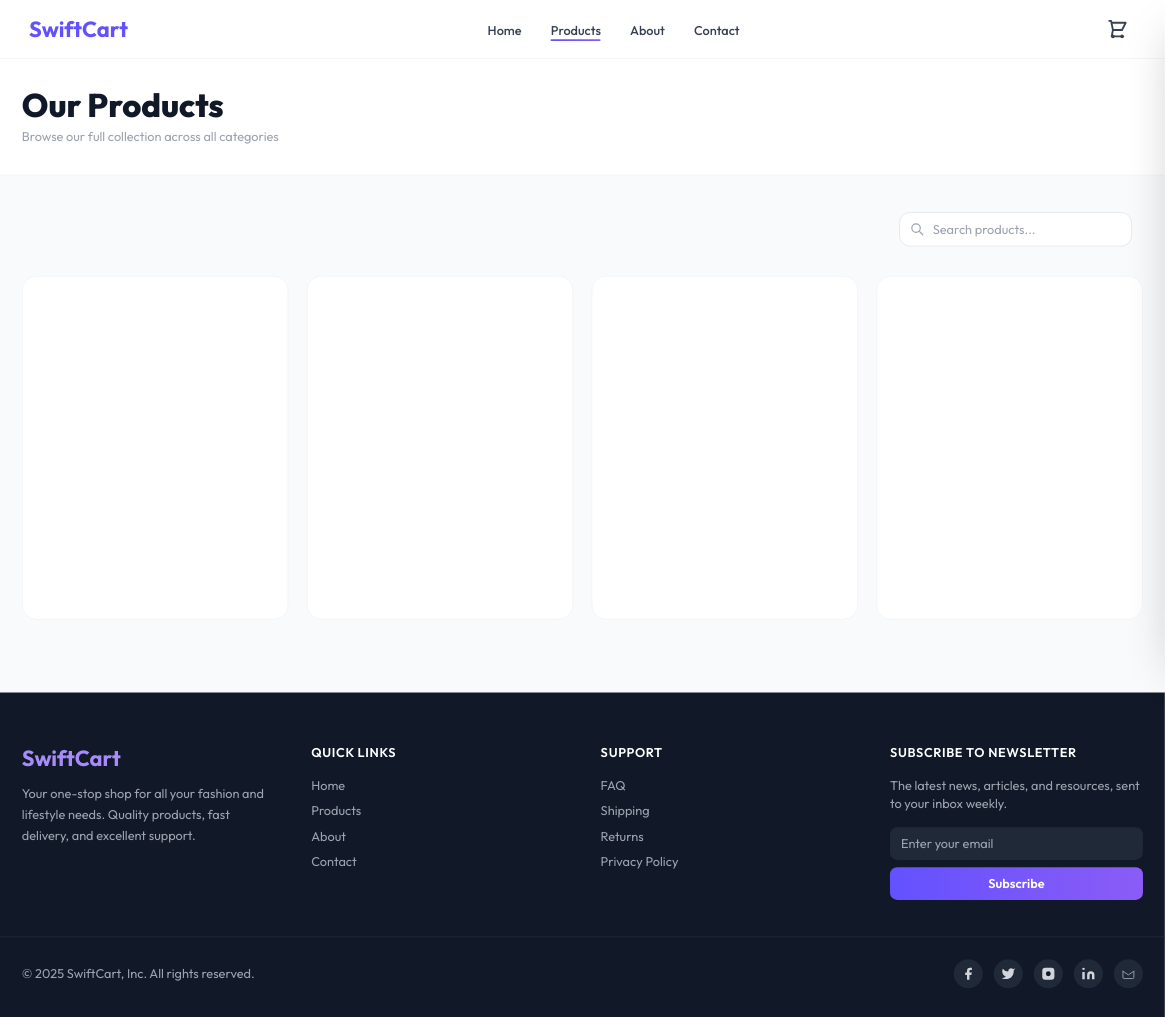
Repository: syedbayzid82849/SwiftCart-E-Commerce-
Page: products.html
The author's editor kept a copy of each file at every save. The page is drawn from the files as they stood at one save, then again after the next save.
The browser window is 1280 px wide. The pictures show the whole page, at 91% of full size.
The page's requests for data from a server got no answer. Some web libraries are served in a nearby version.

Above is the page before, as saved 2026-02-17 14:56:05.

### products.html
<!DOCTYPE html>
<html lang="en">

<head>
    <meta charset="UTF-8" />
    <meta name="viewport" content="width=device-width, initial-scale=1.0" />
    <title>SwiftCart – Our Products</title>
    <script src="https://cdn.tailwindcss.com"></script>
    <link href="https://fonts.googleapis.com/css2?family=Outfit:wght@400;500;600;700;800&display=swap"
        rel="stylesheet" />
    <link rel="stylesheet" href="style.css" />
</head>

<body class="bg-gray-50 text-gray-800">

    <!-- NAVBAR -->
    <nav id="navbar"
        class="fixed top-0 left-0 right-0 z-50 bg-white border-b border-gray-100 transition-all duration-300">
        <div class="max-w-7xl mx-auto px-4 sm:px-6 lg:px-8 flex items-center justify-between h-16">
            <a href="index.html" class="text-2xl font-bold" style="color:#6351ff">SwiftCart</a>
            <ul class="hidden md:flex items-center gap-8">
                <li><a href="index.html" class="nav-link text-sm font-medium text-gray-700">Home</a></li>
                <li><a href="products.html" class="nav-link active text-sm font-medium text-gray-700">Products</a></li>
                <li><a href="index.html#about" class="nav-link text-sm font-medium text-gray-700">About</a></li>
                <li><a href="index.html#contact" class="nav-link text-sm font-medium text-gray-700">Contact</a></li>
            </ul>
            <div class="flex items-center gap-3">
                <button onclick="openCart()" class="relative p-2 rounded-full hover:bg-gray-100 transition">
                    <svg xmlns="http://www.w3.org/2000/svg" class="h-6 w-6 text-gray-700" fill="none"
                        viewBox="0 0 24 24" stroke="currentColor">
                        <path stroke-linecap="round" stroke-linejoin="round" stroke-width="2"
                            d="M3 3h2l.4 2M7 13h10l4-8H5.4M7 13l-1.4 7h12.8M7 13L5.4 5M17 21a1 1 0 100-2 1 1 0 000 2zm-10 0a1 1 0 100-2 1 1 0 000 2z" />
                    </svg>
                    <span id="cart-badge"
                        class="absolute -top-1 -right-1 w-5 h-5 rounded-full text-white text-xs font-bold items-center justify-center"
                        style="background:#6351ff">0</span>
                </button>
                <button id="menu-toggle" class="md:hidden p-2 rounded hover:bg-gray-100">
                    <svg xmlns="http://www.w3.org/2000/svg" class="h-6 w-6" fill="none" viewBox="0 0 24 24"
                        stroke="currentColor">
                        <path stroke-linecap="round" stroke-linejoin="round" stroke-width="2"
                            d="M4 6h16M4 12h16M4 18h16" />
                    </svg>
                </button>
            </div>
        </div>
        <div id="mobile-menu" class="hidden md:hidden bg-white border-t border-gray-100 px-4 py-3 space-y-2">
            <a href="index.html" class="block text-sm font-medium text-gray-700 py-1">Home</a>
            <a href="products.html" class="block text-sm font-medium text-gray-700 py-1">Products</a>
            <a href="index.html#about" class="block text-sm font-medium text-gray-700 py-1">About</a>
            <a href="index.html#contact" class="block text-sm font-medium text-gray-700 py-1">Contact</a>
        </div>
    </nav>

    <!-- PAGE HEADER -->
    <div class="pt-24 pb-8 bg-white border-b border-gray-100">
        <div class="max-w-7xl mx-auto px-6">
            <h1 class="text-3xl md:text-4xl font-extrabold text-gray-900">Our Products</h1>
            <p class="text-gray-400 mt-1 text-sm">Browse our full collection across all categories</p>
        </div>
    </div>

    <!-- MAIN CONTENT -->
    <main class="max-w-7xl mx-auto px-6 py-10">

        <!-- CATEGORY FILTERS + SEARCH ROW -->
        <div class="flex flex-col md:flex-row items-start md:items-center justify-between gap-4 mb-8">
            <!-- Category buttons -->
            <div id="category-buttons" class="flex flex-wrap gap-2">
                <button class="skeleton h-9 w-16 rounded-full"></button>
                <button class="skeleton h-9 w-24 rounded-full"></button>
                <button class="skeleton h-9 w-20 rounded-full"></button>
                <button class="skeleton h-9 w-28 rounded-full"></button>
            </div>
            <!-- Search + count -->
            <div class="flex items-center gap-3 w-full md:w-auto">
                <div class="relative flex-1 md:w-64">
                    <svg class="absolute left-3 top-1/2 -translate-y-1/2 w-4 h-4 text-gray-400" fill="none"
                        viewBox="0 0 24 24" stroke="currentColor">
                        <path stroke-linecap="round" stroke-linejoin="round" stroke-width="2"
                            d="M21 21l-6-6m2-5a7 7 0 11-14 0 7 7 0 0114 0z" />
                    </svg>
                    <input id="search-input" type="text" placeholder="Search products..." oninput="handleSearch()"
                        class="w-full pl-9 pr-4 py-2 text-sm border border-gray-200 rounded-xl focus:outline-none focus:ring-2 focus:ring-purple-300 bg-white" />
                </div>
                <span id="product-count" class="text-xs text-gray-400 whitespace-nowrap"></span>
            </div>
        </div>

        <!-- PRODUCTS GRID -->
        <div id="products-loading" class="grid grid-cols-2 sm:grid-cols-3 lg:grid-cols-4 gap-5">
            <!-- Skeleton cards -->
            <div class="bg-white rounded-2xl border border-gray-100 overflow-hidden">
                <div class="skeleton h-48 w-full"></div>
                <div class="p-4 space-y-3">
                    <div class="skeleton h-3 w-16 rounded"></div>
                    <div class="skeleton h-4 w-full rounded"></div>
                    <div class="skeleton h-4 w-3/4 rounded"></div>
                    <div class="skeleton h-6 w-1/3 rounded"></div>
                    <div class="flex gap-2">
                        <div class="skeleton h-9 w-full rounded-xl"></div>
                        <div class="skeleton h-9 w-full rounded-xl"></div>
                    </div>
                </div>
            </div>
            <div class="bg-white rounded-2xl border border-gray-100 overflow-hidden">
                <div class="skeleton h-48 w-full"></div>
                <div class="p-4 space-y-3">
                    <div class="skeleton h-3 w-20 rounded"></div>
                    <div class="skeleton h-4 w-full rounded"></div>
                    <div class="skeleton h-4 w-2/3 rounded"></div>
                    <div class="skeleton h-6 w-1/4 rounded"></div>
                    <div class="flex gap-2">
                        <div class="skeleton h-9 w-full rounded-xl"></div>
                        <div class="skeleton h-9 w-full rounded-xl"></div>
                    </div>
                </div>
            </div>
            <div class="bg-white rounded-2xl border border-gray-100 overflow-hidden hidden sm:block">
                <div class="skeleton h-48 w-full"></div>
                <div class="p-4 space-y-3">
                    <div class="skeleton h-3 w-16 rounded"></div>
                    <div class="skeleton h-4 w-full rounded"></div>
                    <div class="skeleton h-4 w-4/5 rounded"></div>
                    <div class="skeleton h-6 w-1/3 rounded"></div>
                    <div class="flex gap-2">
                        <div class="skeleton h-9 w-full rounded-xl"></div>
                        <div class="skeleton h-9 w-full rounded-xl"></div>
                    </div>
                </div>
            </div>
            <div class="bg-white rounded-2xl border border-gray-100 overflow-hidden hidden lg:block">
                <div class="skeleton h-48 w-full"></div>
                <div class="p-4 space-y-3">
                    <div class="skeleton h-3 w-24 rounded"></div>
                    <div class="skeleton h-4 w-full rounded"></div>
                    <div class="skeleton h-4 w-3/4 rounded"></div>
                    <div class="skeleton h-6 w-1/4 rounded"></div>
                    <div class="flex gap-2">
                        <div class="skeleton h-9 w-full rounded-xl"></div>
                        <div class="skeleton h-9 w-full rounded-xl"></div>
                    </div>
                </div>
            </div>
        </div>

        <div id="products-grid" class="grid grid-cols-2 sm:grid-cols-3 lg:grid-cols-4 gap-5 hidden">xfgfg</div>

        <!-- Empty State -->
        <div id="empty-state" class="hidden flex-col items-center justify-center py-20 text-center">
            <svg class="w-20 h-20 text-gray-200 mb-4" fill="none" viewBox="0 0 24 24" stroke="currentColor">
                <path stroke-linecap="round" stroke-linejoin="round" stroke-width="1"
                    d="M9.172 16.172a4 4 0 015.656 0M9 10h.01M15 10h.01M21 12a9 9 0 11-18 0 9 9 0 0118 0z" />
            </svg>
            <p class="text-gray-400 font-medium text-lg">No products found</p>
            <p class="text-gray-300 text-sm mt-1">Try a different search or category</p>
            <button onclick="resetFilters()"
                class="mt-4 btn-primary text-white text-sm font-semibold px-6 py-2.5 rounded-xl">Show All
                Products</button>
        </div>
    </main>

    <!-- FOOTER -->
    <footer class="bg-gray-900 text-gray-400 pt-14 pb-8 mt-10">
        <div class="max-w-7xl mx-auto px-6 grid grid-cols-1 md:grid-cols-4 gap-10 mb-10">
            <div>
                <div class="text-2xl font-bold mb-3" style="color:#a78bfa">SwiftCart</div>
                <p class="text-sm leading-relaxed">Your one-stop shop for all your fashion and lifestyle needs. Quality
                    products, fast delivery, and excellent support.</p>
            </div>
            <div>
                <h4 class="text-white font-semibold text-sm uppercase tracking-wider mb-4">Quick Links</h4>
                <ul class="space-y-2 text-sm">
                    <li><a href="index.html" class="hover:text-white transition">Home</a></li>
                    <li><a href="products.html" class="hover:text-white transition">Products</a></li>
                    <li><a href="index.html#about" class="hover:text-white transition">About</a></li>
                    <li><a href="index.html#contact" class="hover:text-white transition">Contact</a></li>
                </ul>
            </div>
            <div>
                <h4 class="text-white font-semibold text-sm uppercase tracking-wider mb-4">Support</h4>
                <ul class="space-y-2 text-sm">
                    <li><a href="#" class="hover:text-white transition">FAQ</a></li>
                    <li><a href="#" class="hover:text-white transition">Shipping</a></li>
                    <li><a href="#" class="hover:text-white transition">Returns</a></li>
                    <li><a href="#" class="hover:text-white transition">Privacy Policy</a></li>
                </ul>
            </div>
            <div>
                <h4 class="text-white font-semibold text-sm uppercase tracking-wider mb-4">Subscribe to Newsletter</h4>
                <p class="text-sm mb-4">The latest news, articles, and resources, sent to your inbox weekly.</p>
                <div class="flex flex-col gap-2">
                    <input type="email" placeholder="Enter your email"
                        class="flex-1 px-3 py-2 rounded-lg bg-gray-800 text-sm text-white outline-none focus:ring-1 ring-purple-500" />
                    <button class="btn-primary text-white text-sm font-semibold px-4 py-2 rounded-lg">Subscribe</button>
                </div>
            </div>
        </div>
        <div
            class="max-w-7xl mx-auto px-6 flex flex-col md:flex-row items-center justify-between gap-4 border-t border-gray-800 pt-6">
            <p class="text-sm">© 2025 SwiftCart, Inc. All rights reserved.</p>
            <div class="flex gap-3">
                <a href="#"
                    class="w-8 h-8 rounded-full bg-gray-800 hover:bg-purple-600 flex items-center justify-center transition"><svg
                        class="w-4 h-4 text-gray-300" fill="currentColor" viewBox="0 0 24 24">
                        <path d="M18 2h-3a5 5 0 00-5 5v3H7v4h3v8h4v-8h3l1-4h-4V7a1 1 0 011-1h3z" />
                    </svg></a>
                <a href="#"
                    class="w-8 h-8 rounded-full bg-gray-800 hover:bg-purple-600 flex items-center justify-center transition"><svg
                        class="w-4 h-4 text-gray-300" fill="currentColor" viewBox="0 0 24 24">
                        <path
                            d="M23 3a10.9 10.9 0 01-3.14 1.53 4.48 4.48 0 00-7.86 3v1A10.66 10.66 0 013 4s-4 9 5 13a11.64 11.64 0 01-7 2c9 5 20 0 20-11.5a4.5 4.5 0 00-.08-.83A7.72 7.72 0 0023 3z" />
                    </svg></a>
                <a href="#"
                    class="w-8 h-8 rounded-full bg-gray-800 hover:bg-purple-600 flex items-center justify-center transition"><svg
                        class="w-4 h-4 text-gray-300" fill="currentColor" viewBox="0 0 24 24">
                        <rect x="2" y="2" width="20" height="20" rx="5" />
                        <circle cx="12" cy="12" r="4" fill="#111827" />
                        <circle cx="17.5" cy="6.5" r="1.5" />
                    </svg></a>
                <a href="#"
                    class="w-8 h-8 rounded-full bg-gray-800 hover:bg-purple-600 flex items-center justify-center transition"><svg
                        class="w-4 h-4 text-gray-300" fill="currentColor" viewBox="0 0 24 24">
                        <path
                            d="M16 8a6 6 0 016 6v7h-4v-7a2 2 0 00-2-2 2 2 0 00-2 2v7h-4v-7a6 6 0 016-6zM2 9h4v12H2z" />
                        <circle cx="4" cy="4" r="2" />
                    </svg></a>
                <a href="#"
                    class="w-8 h-8 rounded-full bg-gray-800 hover:bg-purple-600 flex items-center justify-center transition"><svg
                        class="w-4 h-4" fill="none" viewBox="0 0 24 24" stroke="currentColor" stroke-width="1.5">
                        <path stroke-linecap="round" stroke-linejoin="round"
                            d="M3 8l9 6 9-6M3 8v10a2 2 0 002 2h14a2 2 0 002-2V8" />
                    </svg></a>
            </div>
        </div>
    </footer>

    <!-- MODAL -->
    <div id="modal" class="fixed inset-0 z-50 hidden items-center justify-center" style="background:rgba(0,0,0,.5)">
        <div id="modal-box" class="bg-white rounded-2xl shadow-2xl max-w-lg w-full mx-4 overflow-y-auto"
            style="max-height:90vh">
            <div class="relative p-6">
                <button onclick="closeModal()"
                    class="absolute top-4 right-4 w-8 h-8 flex items-center justify-center rounded-full bg-gray-100 hover:bg-gray-200 text-gray-600 text-xl font-bold transition">×</button>
                <div id="modal-content"></div>
            </div>
        </div>
    </div>

    <!-- CART SIDEBAR -->
    <div id="cart-sidebar"
        class="fixed top-0 right-0 h-full w-80 bg-white shadow-2xl z-50 transform translate-x-full transition-transform duration-300 flex flex-col">
        <div class="flex items-center justify-between p-5 border-b">
            <h3 class="font-bold text-lg text-gray-900">Your Cart</h3>
            <button onclick="closeCart()"
                class="text-gray-400 hover:text-gray-700 text-2xl font-bold transition">×</button>
        </div>
        <div id="cart-items" class="flex-1 overflow-y-auto p-4 space-y-4"></div>
        <div class="p-5 border-t">
            <div class="flex justify-between mb-4"><span class="font-semibold text-gray-800">Total</span><span
                    id="cart-total" class="font-bold text-lg" style="color:#6351ff">$0.00</span></div>
            <button class="btn-primary w-full text-white font-bold py-3 rounded-xl text-sm">Checkout</button>
        </div>
    </div>
    <div id="cart-overlay" class="fixed inset-0 bg-black bg-opacity-40 z-40 hidden" onclick="closeCart()"></div>

    <!-- TOAST -->
    <div id="toast"
        class="fixed bottom-6 right-6 z-50 bg-gray-900 text-white text-sm font-medium px-5 py-3 rounded-xl shadow-xl opacity-0 translate-y-4 pointer-events-none flex items-center gap-2">
        <svg class="w-4 h-4 text-green-400 flex-shrink-0" fill="none" viewBox="0 0 24 24" stroke="currentColor">
            <path stroke-linecap="round" stroke-linejoin="round" stroke-width="2" d="M5 13l4 4L19 7" />
        </svg>
        <span id="toast-msg"></span>
    </div>

  <script src="js/index.js"></script>
</body>

</html>

### style.css
* {
    font-family: 'Outfit', sans-serif;
}

html {
    scroll-behavior: smooth;
}

#navbar.scrolled {
    background: #fff !important;
    box-shadow: 0 2px 20px rgba(0, 0, 0, .10);
}

.hero-bg {
    background: linear-gradient(135deg, rgba(15, 15, 35, .82) 0%, rgba(30, 30, 60, .55) 100%),
        url('/assets/banner.png') center/cover no-repeat;
    min-height: 520px;
}

.btn-primary {
    background: linear-gradient(90deg, #6351ff 0%, #8b5cf6 100%);
    transition: transform .15s, box-shadow .15s;
}

.btn-primary:hover {
    transform: translateY(-2px);
    box-shadow: 0 8px 24px rgba(99, 81, 255, .4);
}

.feature-card {
    transition: transform .2s, box-shadow .2s;
}

.feature-card:hover {
    transform: translateY(-4px);
    box-shadow: 0 12px 32px rgba(99, 81, 255, .12);
}

.product-card {
    transition: transform .2s, box-shadow .2s;
}

.product-card:hover {
    transform: translateY(-5px);
    box-shadow: 0 16px 40px rgba(0, 0, 0, .13);
}

.nav-link {
    position: relative;
}

.nav-link.active::after,
.nav-link:hover::after {
    content: '';
    position: absolute;
    left: 0;
    bottom: -3px;
    width: 100%;
    height: 2px;
    background: linear-gradient(90deg, #6351ff, #8b5cf6);
    border-radius: 2px;
}

#cart-badge {
    display: none;
}

#cart-badge.visible {
    display: flex;
}

#modal {
    backdrop-filter: blur(6px);
}

#modal-box {
    transform: scale(.92);
    opacity: 0;
    transition: transform .25s, opacity .25s;
}

#modal.open #modal-box {
    transform: scale(1);
    opacity: 1;
}

.spinner {
    border: 3px solid #e5e7eb;
    border-top-color: #6351ff;
    border-radius: 50%;
    width: 36px;
    height: 36px;
    animation: spin .7s linear infinite;
}

@keyframes spin {
    to {
        transform: rotate(360deg);
    }
}

#toast {
    transition: opacity .3s, transform .3s;
}

.reveal {
    opacity: 0;
    transform: translateY(24px);
    transition: opacity .5s, transform .5s;
}

.reveal.visible {
    opacity: 1;
    transform: none;
}

.line-clamp-2 {
    display: -webkit-box;
    -webkit-line-clamp: 2;
    -webkit-box-orient: vertical;
    overflow: hidden;
}

Loaded but not shown: js/index.js (294 lines, source omitted)

After the next save:
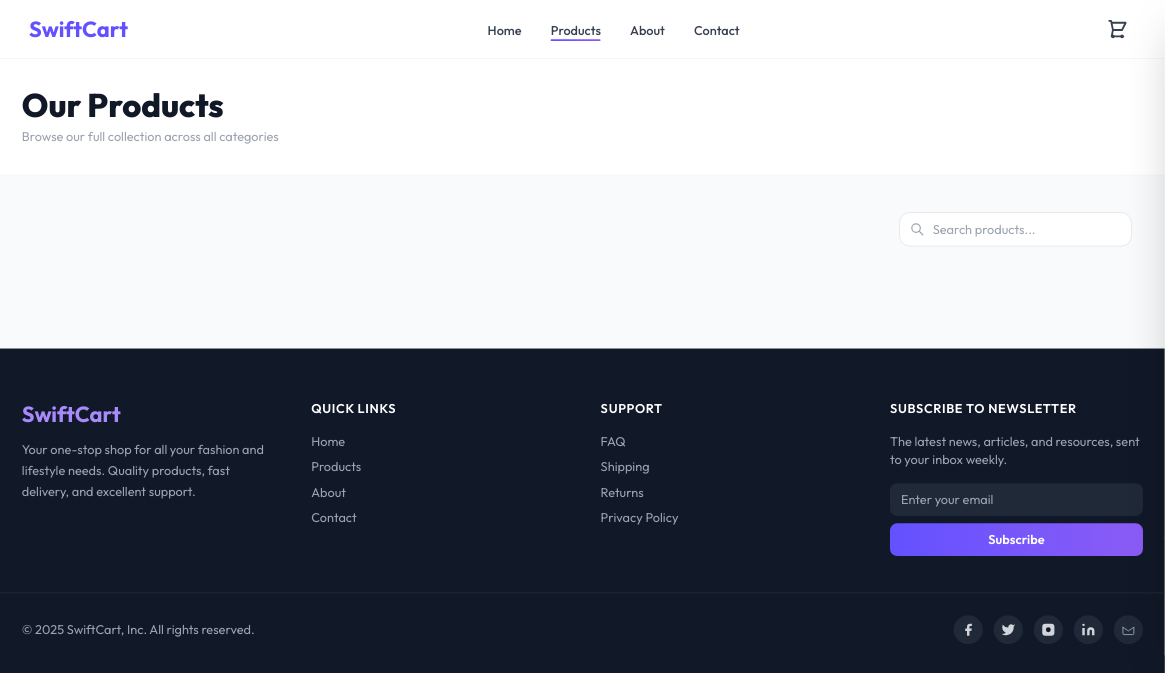
Saved 18 s later.
--- a/products.html
+++ b/products.html
@@ -88,61 +88,7 @@
         </div>
 
         <!-- PRODUCTS GRID -->
-        <div id="products-loading" class="grid grid-cols-2 sm:grid-cols-3 lg:grid-cols-4 gap-5">
-            <!-- Skeleton cards -->
-            <div class="bg-white rounded-2xl border border-gray-100 overflow-hidden">
-                <div class="skeleton h-48 w-full"></div>
-                <div class="p-4 space-y-3">
-                    <div class="skeleton h-3 w-16 rounded"></div>
-                    <div class="skeleton h-4 w-full rounded"></div>
-                    <div class="skeleton h-4 w-3/4 rounded"></div>
-                    <div class="skeleton h-6 w-1/3 rounded"></div>
-                    <div class="flex gap-2">
-                        <div class="skeleton h-9 w-full rounded-xl"></div>
-                        <div class="skeleton h-9 w-full rounded-xl"></div>
-                    </div>
-                </div>
-            </div>
-            <div class="bg-white rounded-2xl border border-gray-100 overflow-hidden">
-                <div class="skeleton h-48 w-full"></div>
-                <div class="p-4 space-y-3">
-                    <div class="skeleton h-3 w-20 rounded"></div>
-                    <div class="skeleton h-4 w-full rounded"></div>
-                    <div class="skeleton h-4 w-2/3 rounded"></div>
-                    <div class="skeleton h-6 w-1/4 rounded"></div>
-                    <div class="flex gap-2">
-                        <div class="skeleton h-9 w-full rounded-xl"></div>
-                        <div class="skeleton h-9 w-full rounded-xl"></div>
-                    </div>
-                </div>
-            </div>
-            <div class="bg-white rounded-2xl border border-gray-100 overflow-hidden hidden sm:block">
-                <div class="skeleton h-48 w-full"></div>
-                <div class="p-4 space-y-3">
-                    <div class="skeleton h-3 w-16 rounded"></div>
-                    <div class="skeleton h-4 w-full rounded"></div>
-                    <div class="skeleton h-4 w-4/5 rounded"></div>
-                    <div class="skeleton h-6 w-1/3 rounded"></div>
-                    <div class="flex gap-2">
-                        <div class="skeleton h-9 w-full rounded-xl"></div>
-                        <div class="skeleton h-9 w-full rounded-xl"></div>
-                    </div>
-                </div>
-            </div>
-            <div class="bg-white rounded-2xl border border-gray-100 overflow-hidden hidden lg:block">
-                <div class="skeleton h-48 w-full"></div>
-                <div class="p-4 space-y-3">
-                    <div class="skeleton h-3 w-24 rounded"></div>
-                    <div class="skeleton h-4 w-full rounded"></div>
-                    <div class="skeleton h-4 w-3/4 rounded"></div>
-                    <div class="skeleton h-6 w-1/4 rounded"></div>
-                    <div class="flex gap-2">
-                        <div class="skeleton h-9 w-full rounded-xl"></div>
-                        <div class="skeleton h-9 w-full rounded-xl"></div>
-                    </div>
-                </div>
-            </div>
-        </div>
+
 
         <div id="products-grid" class="grid grid-cols-2 sm:grid-cols-3 lg:grid-cols-4 gap-5 hidden">xfgfg</div>
 
